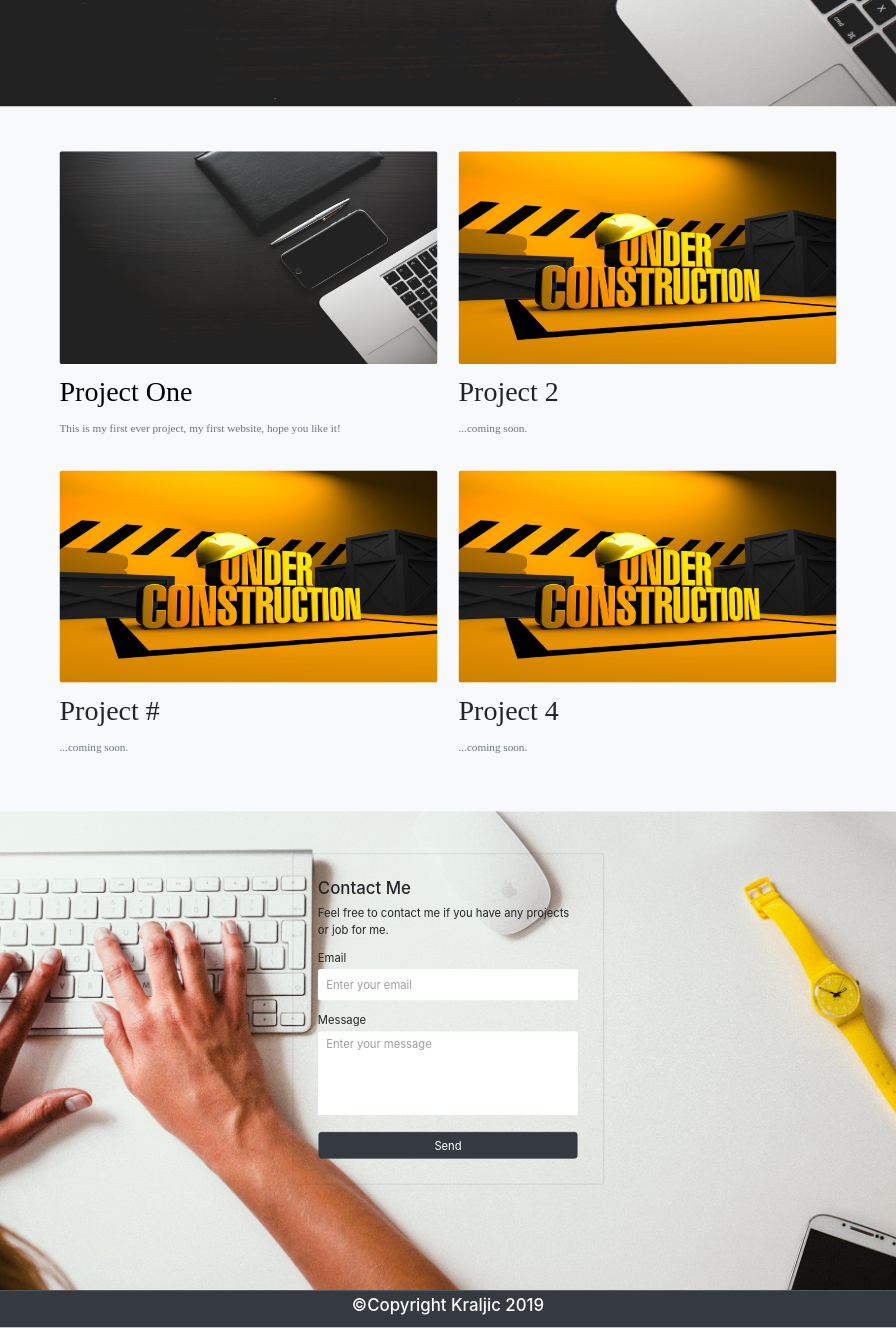
Repository: Kraljiccar/User-Centric-Frontend-Development-Milestone-Project
Page: index.html
The author's editor kept a record of every edit. The page is drawn from the files as they stood at one moment, then again after the next edit.
The browser window is 1280 px wide. The pictures show the part of the page from y = 1483 to 3403 px (the page is 3403 px tall), at 70% of full size.
Backgrounds fixed to the window are drawn as part of the page. Some web fonts or font styles are not loaded; a fallback is used. Some web libraries are served in a nearby version.

Above is the page before.

### index.html
<!DOCTYPE html>
<html lang="en-US">

<head>
    <meta charset="UTF-8">
    <meta name="viewport" content="width=device-width, initial-scale=1.0">
    <meta http-equiv="X-UA-Compatible" content="ie=edge">
    <link rel="stylesheet" href="./assets/css/style.css" type="text/css" />
    <script src="https://kit.fontawesome.com/34f2385a53.js" crossorigin="anonymous"></script>
    <link rel="stylesheet" href="https://stackpath.bootstrapcdn.com/bootstrap/4.3.1/css/bootstrap.min.css" integrity="sha384-ggOyR0iXCbMQv3Xipma34MD+dH/1fQ784/j6cY/iJTQUOhcWr7x9JvoRxT2MZw1T" crossorigin="anonymous">
    <link rel="stylesheet" href="https://stackpath.bootstrapcdn.com/font-awesome/4.7.0/css/font-awesome.min.css" type="text/css" />

    <title>Nemanja Kraljic</title>
</head>

<body data-spy="scroll" data-target="#navbarResponsive">
    <nav class="navbar navbar-expand-sm transparent navbar-dark p-2 fixed-top fonts">
        <div class="container">
  <button class="navbar-toggler" type="button" data-toggle="collapse" data-target="#navbarTogglerDemo03" aria-controls="navbarTogglerDemo03" aria-expanded="false" aria-label="Toggle navigation">
    <span class="navbar-toggler-icon"></span>
  </button>


  <div class="collapse navbar-collapse justify-content-end  " id="navbarTogglerDemo03">

    <ul class="nav navbar-nav navbar-right">
      <li class="nav-item">
        <a class="nav-link" href="#banner">Home <span class="sr-only">(current)</span></a>
      </li>
      <li class="nav-item">
        <a class="nav-link" href="#about-me">About me</a>
      </li>
       <li class="nav-item">
        <a class="nav-link" href="#skills">My skills</a>
      </li>
       <li class="nav-item">
        <a class="nav-link" href="#projects">My projects</a>
      </li>
       <li class="nav-item">
        <a class="nav-link" href="#contact">Contact me</a>
      </li>

    </ul>
    </div>
  </div>
</nav>
    <section id="banner">
        <div class="container">
            <div class="row max-viewport align-items-center text-center fonts">
                <div class="col-md-6 ">
                    <h1 class="text-white text-uppercase">Nemanja Kraljic</h1>
                    <h3 class="text-white h3sd">-Software developer-</h2>

                </div>
            </div>
        </div>
    </section>
    <!-----about me----->
    <section id="about-me">
        <div class="container-wrapper fonts">
    <div class="container features-container content-container">
        <section class="about">
            <div class="row">
                <div class="col-12 page-header">
                    <h2>About:</h2>
                    <hr class="block-devider block-devider-short block-devider--white">
                </div>
            </div>
            <div class="row">
                <div class="col-12 col-md-4 col-lg-4">
                    <div class="feature">
                        <h3><i class="far fa-question-circle d-none d-sm-block"> </i>Who am I?</h3>
                       <p>Currently i am learning HTML, CSS and bootstrap. JavaScript and Python languages, using Django and Flask frameworks is coming soon in the next few months.</p>
                    </div>
                </div>
                <div class="col-12 col-md-4 col-lg-4">
                    <div class="feature">
                        <h3><i class="fas fa-user-graduate d-none d-sm-block"> </i>Studies</h3>
                         <p>I am currently student at Code Institute. Always had a love to coding but after high school simply went on anothere side, mechanical engineering. Few years later after facultry i have realised that coding is my thing.</p>


                    </div>
                </div>
                <div class="col-12 col-md-4 col-lg-4">
                    <div class="feature">
                        <h3><i class="fab fa-github-square d-none d-sm-block">GitHub </i></h3>
                        <p>Here you have a <a href="https://github.com/Kraljiccar" target="_blank">link</a> to my github page.<span><a href="https://github.com/Kraljiccar" target="_blank"><i class="fab fa-github-square"></i></a></span></p>

                        <h3><i class="fas fa-envelope-open-text d-none d-sm-block">CV </i></h3>
                        <p>Here you have a link to my github page.<span><a href="https://github.com/Kraljiccar" target="_blank"><i class="fas fa-envelope-open-text "></i></a></span></p>

                    </div>
                </div>
            </div>

    </div>
    </div>
    </section>
    <!-----skills---->
    <section id="skills" class="p-5">
        <div class="naslov fonts">
            <h1 class="mb-5 mt-5"> My Software skills</h1>
        </div>
       <div class="row progress-section">
                    <div class="col">
                        <div class="progress" >
                            <div class="progress-bar bg-dark" role="progressbar" aria-valuenow="80" aria-valuemin="0" aria-valuemax="100" style="width:80%;">
                                <span class="sl-only">80% </span>
                            </div>
                            <span class="progress-type">HTML / HTML5</span>
                        </div>
                        <div class="progress">
                            <div class="progress-bar bg-dark" role="progressbar" aria-valuenow="70" aria-valuemin="0" aria-valuemax="100" style="width:70%;">
                                <span class="sl-only">70% </span>
                            </div>
                            <span class="progress-type">CSS / CSS3</span>
                        </div>
                        <div class="progress">
                            <div class="progress-bar bg-dark" role="progressbar" aria-valuenow="60" aria-valuemin="0" aria-valuemax="100" style="width:60%;">
                                <span class="sl-only">60%</span>
                            </div>
                            <span class="progress-type">Bootstrap</span>
                        </div>
                        <div class="progress">
                            <div class="progress-bar bg-dark" role="progressbar" aria-valuenow="25" aria-valuemin="0" aria-valuemax="100" style="width:25%;">
                                <span class="sl-only">25% </span>
                            </div>
                            <span class="progress-type">javascript</span>
                        </div>

                    </div>
                </div>
</div>
</div>
    </section>

    <section id="projects" class="p-5 bg-light">
        <div class="container fonts">
            <div class="row">
                <div class="col-sm-6 my-3" >
                  <a class="project-link" href="#banner">  <img src="assets/images/office.jpg" alt="#" class="img-fluid rounded" alt="picture">
                    <h1 class="my-3">Project One</h1>
                    <p class="text-muted">This is my first ever project, my first website, hope you like it!</p>
               </a>
                </div>
                <div class="col-sm-6 my-3">
                    <img src="assets/images/under-construction.jpg" alt="#" class="img-fluid rounded" alt="picture">
                    <h1 class="my-3">Project 2</h1>
                    <p class="text-muted">...coming soon.</p>
                </div>
                <div class="col-sm-6 my-3">
                    <img src="assets/images/under-construction.jpg" alt="#" class="img-fluid rounded" alt="picture">
                    <h1 class="my-3">Project #</h1>
                    <p class="text-muted">...coming soon.</p>
                </div>
                <div class="col-sm-6 my-3">
                    <img src="assets/images/under-construction.jpg" alt="#" class="img-fluid rounded" alt="picture">
                    <h1 class="my-3">Project 4</h1>
                    <p class="text-muted">...coming soon.</p>
                </div>


            </div>
        </div>
    </section>
    <section id="contact">
        <div class="container">
            <div class="row justify justify-content-center">
                <div class="col-11 col-md-8 col-lg-6 col-xl-5">
                    <form class="">
                        <div class="card bg-transparent">
                            <div class="row mt-0">
                                <div class="col-md-12 ">
                                    <h4 class="">Contact Me</h4>
                                    <p>Feel free to contact me if you have any projects or job for me.</p>
                                </div>
                            </div>
                            <div class="form-group row mb-3">
                                <div class="col-md-12 mb-0">
                                    <p class="mb-1">Email</p> <input id="e-mail" type="text" placeholder="Enter your email" name="email" class="form-control input-box rm-border">
                                </div>
                            </div>
                            <div class="form-group row">
                                <div class="col-md-12 mb-2">
                                    <p class="mb-1">Message</p> <textarea id="message" type="text" placeholder="Enter your message" name="message" class="form-control input-box rm-border"></textarea>
                                </div>
                            </div>
                            <div class="form-group row justify-content-center mb-0">
                                <div class="col-md-12 px-3"> <input type="submit" value="Send" class="btn btn-block btn-dark rm-border"> </div>
                            </div>
                        </div>
                    </form>
                </div>
            </div>
        </div>
    </section>
    <section id="footer" class="p-2 bg-dark">
        <div class="container">
            <div class="row">
                <div class="col text-center">
                    <h4 class="text-white text-capiralize">&copy;Copyright Kraljic 2019</h4>
                </div>
            </div>
        </div>

    </section>
    <!-----Script---->
    <script src="https://code.jquery.com/jquery-3.3.1.slim.min.js" integrity="sha384-q8i/X+965DzO0rT7abK41JStQIAqVgRVzpbzo5smXKp4YfRvH+8abtTE1Pi6jizo" crossorigin="anonymous"></script>
    <script src="https://cdnjs.cloudflare.com/ajax/libs/popper.js/1.14.7/umd/popper.min.js" integrity="sha384-UO2eT0CpHqdSJQ6hJty5KVphtPhzWj9WO1clHTMGa3JDZwrnQq4sF86dIHNDz0W1" crossorigin="anonymous"></script>
    <script src="https://stackpath.bootstrapcdn.com/bootstrap/4.3.1/js/bootstrap.min.js" integrity="sha384-JjSmVgyd0p3pXB1rRibZUAYoIIy6OrQ6VrjIEaFf/nJGzIxFDsf4x0xIM+B07jRM" crossorigin="anonymous"></script>
</body>

</html>

### assets/css/style.css
@import url('https://fonts.googleapis.com/css?family=Calistoga&display=swap');

body {
 font-family: 'Calistoga', cursive;

  margin: 0;
  padding: 0;
}

.transparent {
  background-color: rgba(0, 0, 0, 0.6);
}

/*---------------------------------------------Home */

.fonts {
  font-family: 'Calistoga', cursive;
}

.max-viewport {
  min-height: 100vh;
}


#banner,
#skills {
  background: url("../images/office.jpg"), linear-gradient(rgba(179, 179, 179, 1), rgba(247, 247, 247, 1));
  background-attachment: fixed;
  background-position: center center;
  background-repeat: no-repeat;
  background-size: cover;


}
.h3sd {
  text-decoration: underline;
}
/*---------------------------------------------About me */

.container-wrapper {

  margin-top: 25px;
  margin-bottom: 25px;
}
/*---------------------------------------------My skills */
.naslov {
  color: #fff;
}

.naslov h1 {
  text-align: center;
}

.progress {
  position: relative;
  height: 25px;
  margin-bottom: 13px;
}

.progress-type {
  position: absolute;
  left: 0px;
  font-weight: 500;
  color: #fafafa;
  background-color: rgba(25, 25, 25, 0.6);

}

.progress-section {
  margin: 140px 20px;
  background-color: transparent;

}

/*---------------------------------------------My projects */

.img-fluid {
  width: 100%;
  height: 20%;
  background-position: center;
  background-size: cover;
  background-repeat: no-repeat;

}

.project-link {
  color: black;
}

.img-fluid:hover {
  transform: translateY(-50px), translatex(-50px);
  box-shadow: 0 15px 35px rgba(0, 0, 0, 0.9);
}



.project-link:hover {
  color: grey;
}

/*---------------------------------------------Contact me */

#contact {
  width: 100%;
  height: 95vh;
  background-image: url(../images/keyboard.jpg);
  background-position: center center;
  background-size: cover;
  background-attachment: fixed;
}

.box {
  margin: auto
}

.card {
  padding: 8%;
  padding-top: 35px;
  margin-top: 60px;
  margin-bottom: 80px
}

textarea[name="message"] {
  resize: none
}

#e-mail {
  height: 45px
}

#message {
  height: 120px
}

input.input-box,
textarea.input-box {
  background-color: #fff;
  border: #616161;
  color: #000;
}

input.input-box:focus,
textarea.input-box:focus {
  background-color: #F5F5F5;
  color: #000;
}

.rm-border:focus {
  border-color: inherit;
  -webkit-box-shadow: none;
  box-shadow: none
}

form .form-control::-webkit-input-placeholder {
  color: #9E9E9E
}


/*---------------------------------------------footer */

#footer{
  margin-bottom: 0;
  background: fixed;
}

After the next edit:
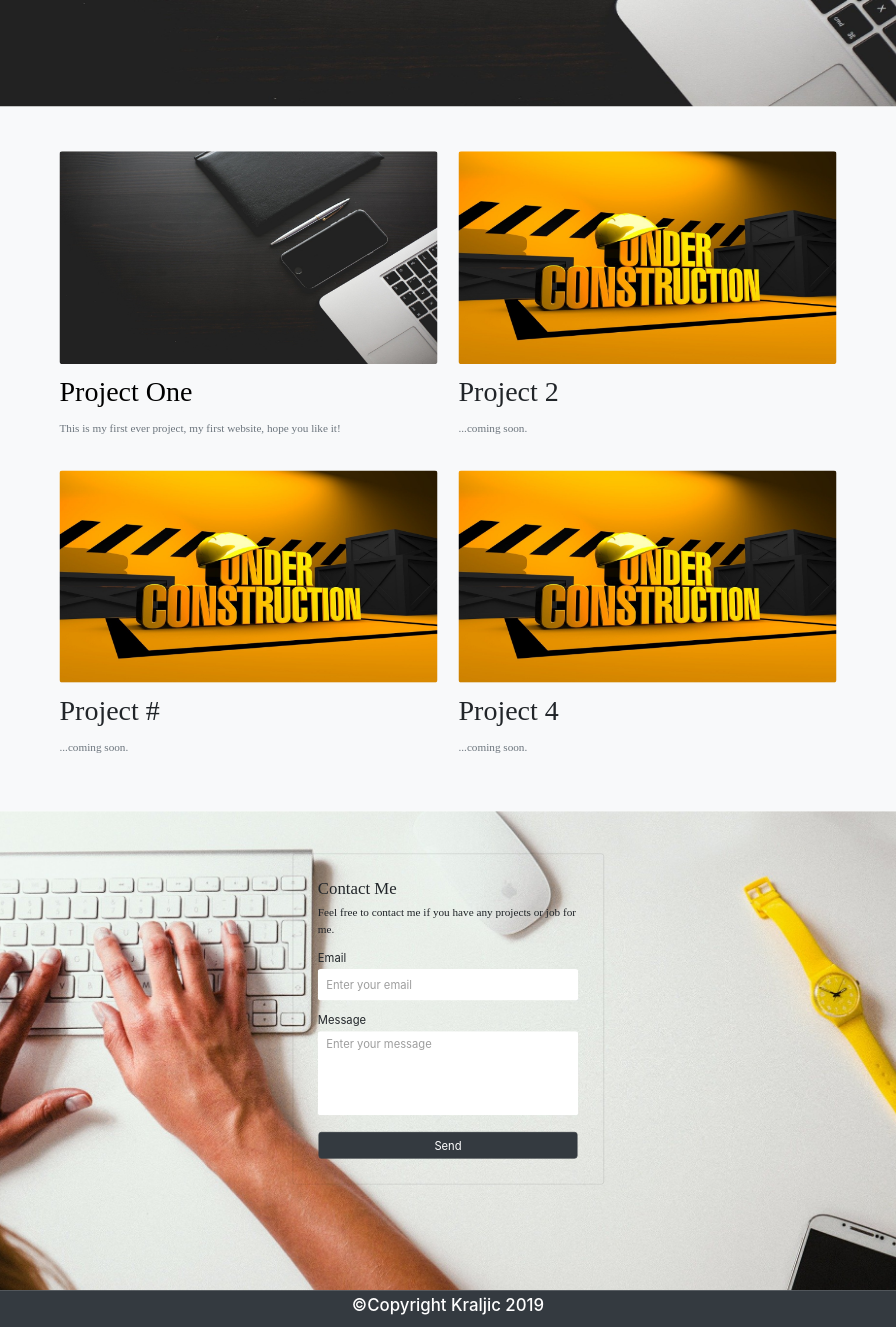
The edit:
--- a/index.html
+++ b/index.html
@@ -171,8 +171,8 @@
                         <div class="card bg-transparent">
                             <div class="row mt-0">
                                 <div class="col-md-12 ">
-                                    <h4 class="">Contact Me</h4>
-                                    <p>Feel free to contact me if you have any projects or job for me.</p>
+                                    <h4 class="fonts">Contact Me</h4>
+                                    <p class="fonts">Feel free to contact me if you have any projects or job for me.</p>
                                 </div>
                             </div>
                             <div class="form-group row mb-3">
